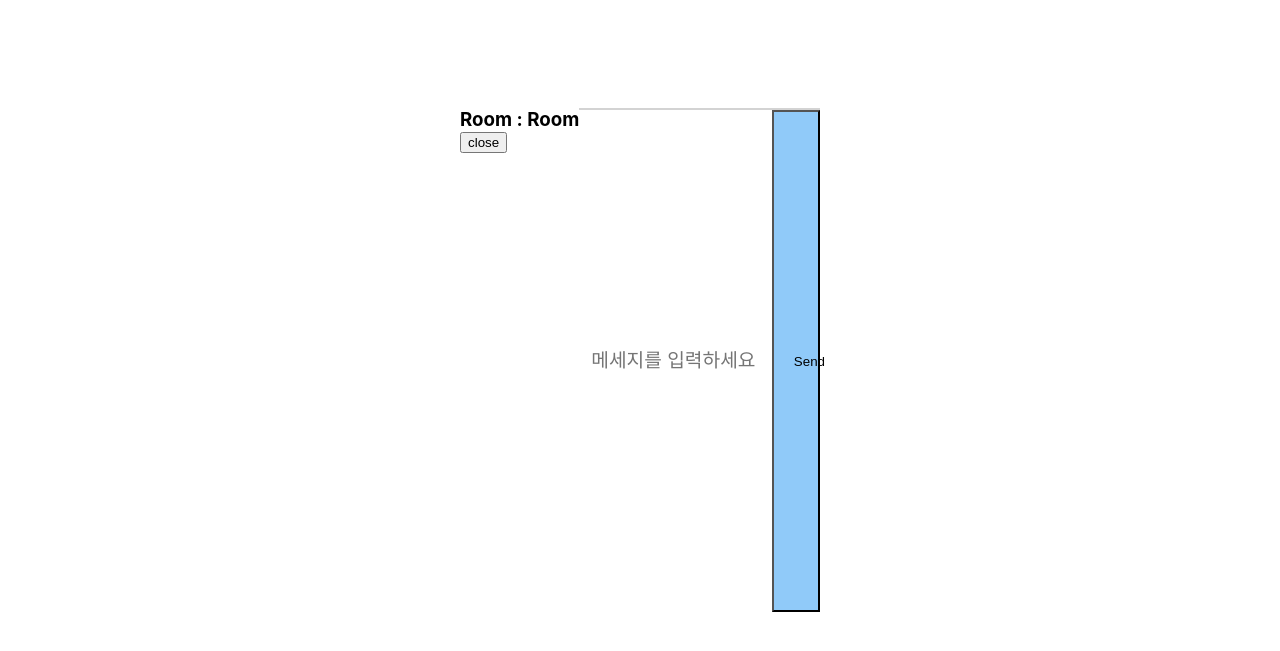
Repository: bucket-kim/kakaoTalk_with_Bon
Page: /chat (app in kakao/)
The author's editor kept a copy of each file at every save. The page is drawn from the files as they stood at one save, then again after the next save.
The browser window is 1280 px wide. The pictures show the whole page.
The page's requests for data from a server got no answer. The project was rebuilt for these pictures with package versions that can differ from the ones it lists, and the page was loaded fresh each time. No one was signed in, and anything a server would have sent is missing. Also part of the build but not shown: kakao/src/App.css, kakao/src/components/Messages/Message/Message.js, kakao/src/components/JoinRoom/JoinRoom.js.

Above is the page before, as saved 2021-03-03 17:52:07.

### kakao/src/App.js
import "./App.css";
import "@fortawesome/fontawesome-free/js/all.js";
import { BrowserRouter as Router, Route } from "react-router-dom";
import React from "react";
import Chat from "./components/Chat/Chat";
import JoinRoom from "./components/JoinRoom/JoinRoom";

function App() {
  return (
    <Router>
      <Route path="/joinroom/" component={JoinRoom} />
      <Route path="/chat/" component={Chat} />
    </Router>
  );
}

export default App;

### kakao/src/components/Chat/Chat.js
import React, { useEffect, useState } from "react";
import queryString from "query-string";
import io from "socket.io-client";
import "./Chat.css";

// 하위 컴포넌트
import Messages from "../Messages/Messages";
import RoomInfo from "../RoomInfo/RoomInfo";
import Input from "../Input/Input";

let socket;

const Chat = ({ location }) => {
  const [name, setName] = useState("");
  const [room, setRoom] = useState("");
  const [message, setMessage] = useState("");
  const [messages, setMessages] = useState([]);

  const [users, setUsers] = useState("");

  const ENDPOINT = "http://localhost:3001/";

  useEffect(() => {
    const { name, room } = queryString.parse(location.search);

    socket = io.connect(ENDPOINT); // 소켓 연결

    setName(name);
    setRoom(room);

    console.log(name, room); // lama peru

    // console.log(socket);
    socket.emit("join", { name, room }, (error) => {
      // console.log("error");
      // 에러 처리
      if (error) {
        alert(error);
      }
    });

    // return () => {
    //   socket.emit("disconnect");
    //   socket.off();
    // };
  }, [ENDPOINT, location.search]); // 한번만 부른다 // 불필요한 사이드 이펙트를 줄인다

  useEffect(() => {
    // 서버에서 message 이벤트가 올 경우에 대해서 `on`
    socket.on("message", (message) => {
      setMessages([...messages, message]);
    });

    socket.on("roomData", ({ users }) => {
      setUsers(users);
    });
  }, [messages]);

  // 메세지 보내기 함수
  const sendMessage = (e) => {
    e.preventDefault();
    if (message) {
      socket.emit("sendMessage", message, setMessage(""));
    }
  };
  console.log(message, messages);
  console.log(users, "users");

  // return <h1>Chat</h1>;
  // 1.roominfo
  // 2.messages
  // 3.input
  return (
    <div className="chatOuterContainer">
      <div className="chatInnerContainer">
        <div className="appbar"></div>
        <div className="chatScreen">
          <div className="chatScreen">
            <RoomInfo room={room} />
            <div className="messageContainer">
              <Messages messages={messages} name={name} />
            </div>
            <Input message={message} setMessage={setMessage} sendMessage={sendMessage} />
          </div>
        </div>
      </div>
    </div>
  );
};

export default Chat;

### kakao/src/components/Chat/Chat.css
* {
  margin: 0;
}
.chatOuterContainer {
  height: 100vh;
}

.chatInnerContainer {
  display: flex;
  height: 100vh;
  justify-content: center;
  align-items: center;
}

.chatScreen {
  height: 70vh;
  width: 50vh;
  display: flex;
}

.chatScreenPaper {
  flex: 1;
  display: flex;
  flex-direction: column;
}

@media screen and (max-width: 768px) {
  .chatScreen {
    width: 100%;
    height: 100%;
  }
}

### kakao/src/components/Messages/Messages.js
import React from "react";

import Message from "./Message/Message";

import "./Messages.css";

const Messages = ({ messages, name }) => (
  <div className="messages">
    {messages.map((message, i) => (
      <div key={i}>
        <Message message={message} name={name} />
      </div>
    ))}
  </div>
);

export default Messages;

### kakao/src/components/RoomInfo/RoomInfo.js
import React from "react";
import { Link } from "react-router-dom";
import "./RoomInfo.css";

const RoomInfo = (props) => (
  <div className="roomInfo">
    <div className="leftInfo">
      <h3 className="leftInfo-text">{`Room : Room`}</h3>
    </div>
    <div className="rightInfo">
      <button
        className="infoButton"
        // variant="contained"
        variant="raised"
        href="/lamaChat"
        color="inherit"
      >
        close
      </button>
    </div>
  </div>
);

export default RoomInfo;

### kakao/src/components/Input/Input.js
import React from "react";
import "./Input.css";

const Input = ({ message, setMessage, sendMessage }) => (
  //   return <div className="Input"></div>;
  // <form className="inputForm">
  <div className="inputContainer">
    <input
      className="input"
      type="text"
      placeholder="메세지를 입력하세요"
      value={message}
      onChange={(e) => setMessage(e.target.value)}
      onKeyPress={(e) => (e.key === "Enter" ? sendMessage(e) : null)}
    />
    <button
      variant="contained"
      color="primary"
      className="inputButton"
      onClick={(e) => sendMessage(e)}
    >
      Send
    </button>
  </div>
  // </form>
);
export default Input;

### kakao/src/components/Input/Input.css
.inputContainer {
  flex: 1;
  display: flex;
  border-top: 2px solid #d3d3d3;
}

.input {
  border: none;
  border-radius: 0;
  padding: 5%;
  width: 80%;
  font-size: 1.2em;
}

.inputButton {
  background-color: #90caf9;
  padding: 20px;
  width: 20%;
}

Loaded but not shown: kakao/public/index.html (common file); kakao/src/index.js (common file); kakao/src/index.css (common file); kakao/src/components/JoinRoom/JoinRoom.css (no stored copy; drawn as an empty file); kakao/src/components/Messages/Message/Message.css (no stored copy; drawn as an empty file); kakao/src/components/Messages/Messages.css (no stored copy; drawn as an empty file); kakao/src/components/RoomInfo/RoomInfo.css (no stored copy; drawn as an empty file)

After the next save:
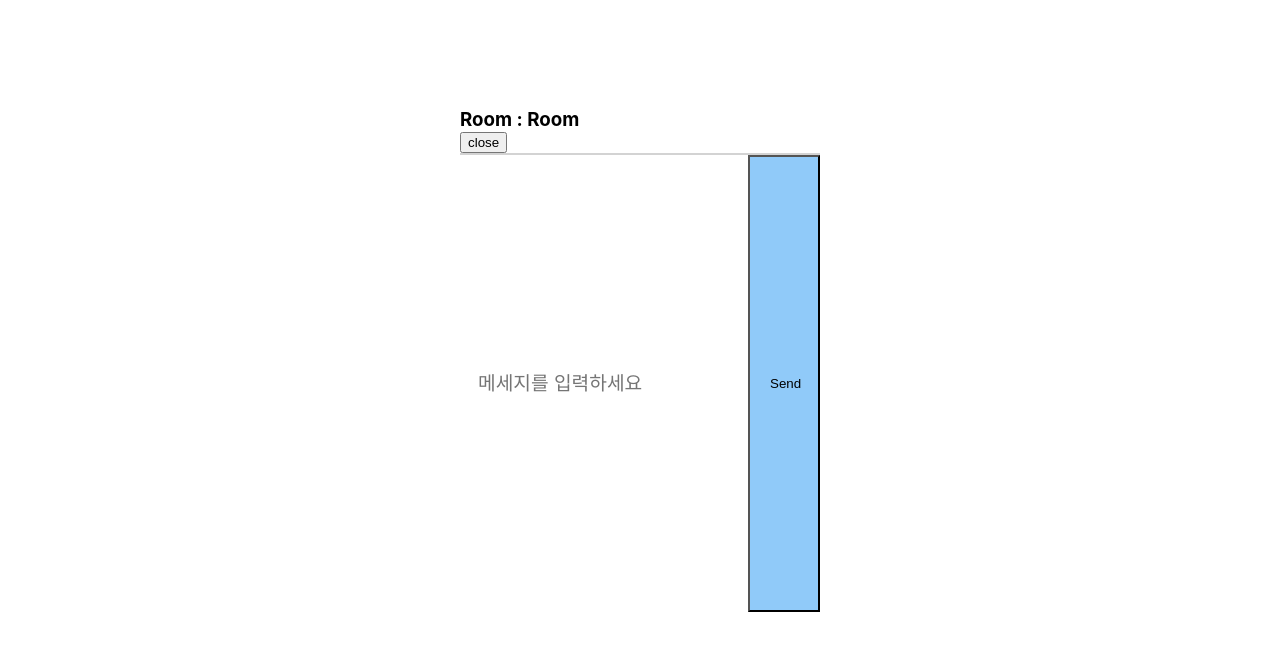
Saved 46 s later.
--- a/kakao/src/components/Chat/Chat.js
+++ b/kakao/src/components/Chat/Chat.js
@@ -1,4 +1,4 @@
-import React, { useEffect, useState } from "react";
+import React, { useEffect, useState, useReducer } from "react";
 import queryString from "query-string";
 import io from "socket.io-client";
 import "./Chat.css";
@@ -8,7 +8,7 @@ import Messages from "../Messages/Messages";
 import RoomInfo from "../RoomInfo/RoomInfo";
 import Input from "../Input/Input";
 
-let socket;
+let socket = io();
 
 const Chat = ({ location }) => {
   const [name, setName] = useState("");
@@ -18,12 +18,17 @@ const Chat = ({ location }) => {
 
   const [users, setUsers] = useState("");
 
-  const ENDPOINT = "http://localhost:3001/";
+  const ENDPOINT = "http://localhost:8000";
 
   useEffect(() => {
+    // query-string middleware의 사용
+    // const data = queryString.parse(location.search);
+    // console.log(location.search); // ?name=lama&room=peru
+    // console.log(data); // 객체 : {name: "lama", room: "peru"}
+    // 다시 정리
     const { name, room } = queryString.parse(location.search);
 
-    socket = io.connect(ENDPOINT); // 소켓 연결
+    socket.connect(ENDPOINT); // 소켓 연결
 
     setName(name);
     setRoom(room);
@@ -41,6 +46,7 @@ const Chat = ({ location }) => {
 
     // return () => {
     //   socket.emit("disconnect");
+
     //   socket.off();
     // };
   }, [ENDPOINT, location.search]); // 한번만 부른다 // 불필요한 사이드 이펙트를 줄인다
@@ -75,11 +81,9 @@ const Chat = ({ location }) => {
       <div className="chatInnerContainer">
         <div className="appbar"></div>
         <div className="chatScreen">
-          <div className="chatScreen">
+          <div className="chatScreenPaper">
             <RoomInfo room={room} />
-            <div className="messageContainer">
-              <Messages messages={messages} name={name} />
-            </div>
+            <Messages messages={messages} name={name} />
             <Input message={message} setMessage={setMessage} sendMessage={sendMessage} />
           </div>
         </div>
